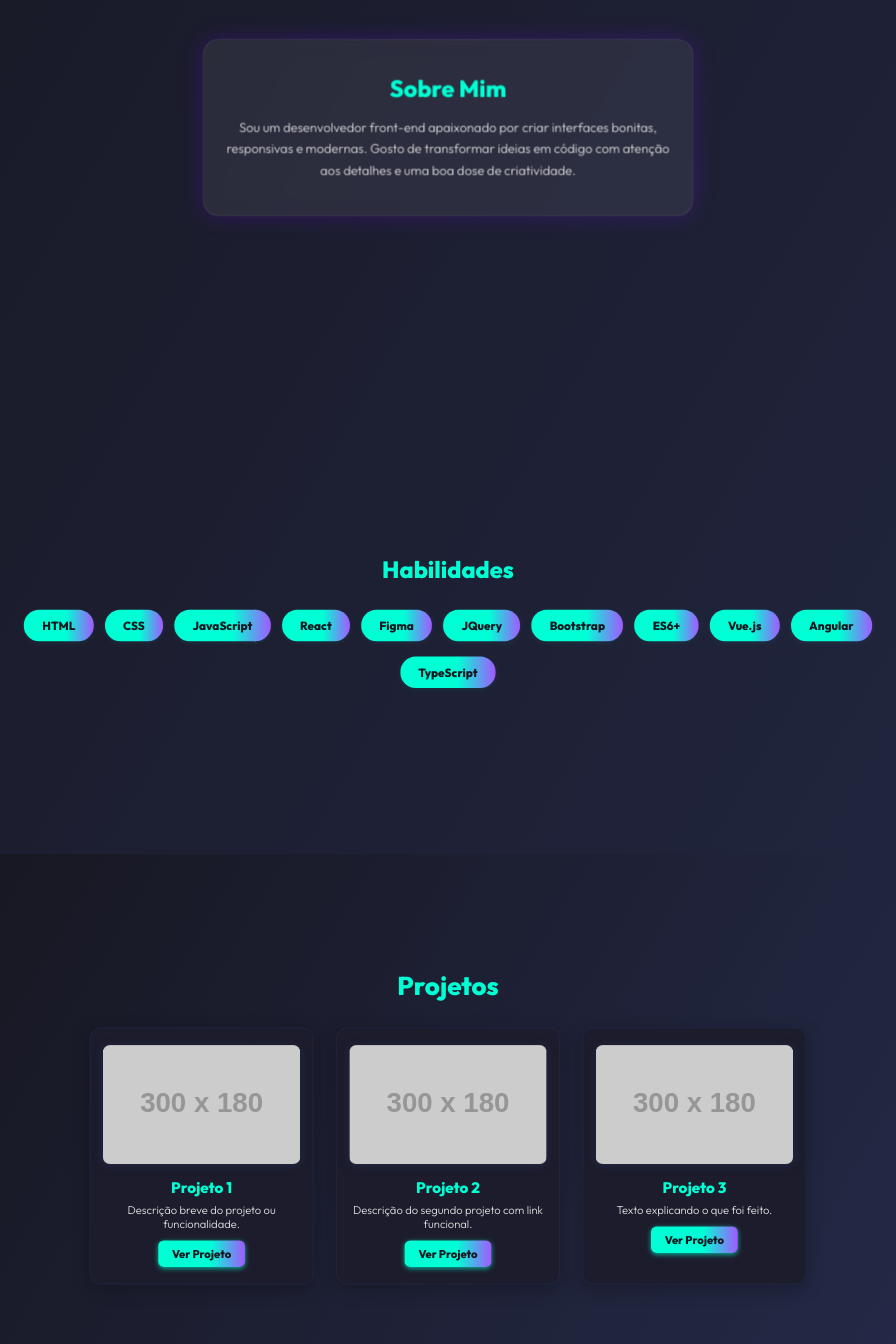
Repository: Wbyh7z/meu-portfolio
Page: src/index.html
The author's editor kept a copy of each file at every save. The page is drawn from the files as they stood at one save, then again after the next save.
The browser window is 1280 px wide. The pictures show the part of the page from y = 940 to 2860 px (the page is 3600 px tall), at 70% of full size.

Above is the page before, as saved 2025-08-11 00:10:38.

### src/index.html
<!DOCTYPE html>
<html lang="pt-br">
<head>
  <meta charset="UTF-8" />
  <meta name="viewport" content="width=device-width, initial-scale=1.0"/>
  <title>Portfólio - Freelancer Metzad</title>
  <link rel="stylesheet" href="style.css" />
  <link href="https://fonts.googleapis.com/css2?family=Outfit:wght@300;600;800&display=swap" rel="stylesheet">
</head>
<body>
  <nav class="navbar">
    <div class="menu-toggle" id="menu-toggle" aria-label="Abrir menu" tabindex="0">
      <span></span>
      <span></span>
      <span></span>
    </div>
    <ul id="nav-list">
      <li><a href="#inicio" class="active">Início</a></li>
      <li><a href="#sobre">Sobre Mim</a></li>
      <li><a href="#habilidades">Habilidades</a></li>
      <li><a href="#projetos">Projetos</a></li>
      <li><a href="#contato">Contato</a></li>
    </ul>
  </nav>

  <section id="inicio" class="inicio">
    <div class="container">
      <img src="../img/IMG_1729.JPG" alt="Minha Foto" class="foto" />
      <h1 class="nome">Weberty Marcilio</h1>
      <p class="profissao">Desenvolvedor Front-End</p>
    </div>
  </section>

  <section id="sobre" class="sobre">
  <div class="glass-box">
    <h2>Sobre Mim</h2>
    <p>
      Sou um desenvolvedor front-end apaixonado por criar interfaces bonitas, responsivas e modernas.
      Gosto de transformar ideias em código com atenção aos detalhes e uma boa dose de criatividade.
    </p>
  </div>
</section>


  <section id="habilidades" class="habilidades">
    <h2>Habilidades</h2>
    <div class="skills">
      <span>HTML</span>
      <span>CSS</span>
      <span>JavaScript</span>
      <span>React</span>
      <span>Figma</span>
      <span>JQuery</span>
      <span>Bootstrap</span>
      <span>ES6+</span>
      <span>Vue.js</span>
      <span>Angular</span>
      <span>TypeScript</span>
    </div>
  </section>

 <section id="projetos">
  <h2>Projetos</h2>
  <div class="projetos-container">
    <div class="projeto">
      <img src="https://via.placeholder.com/300x180" alt="Projeto 1">
      <h3>Projeto 1</h3>
      <p>Descrição breve do projeto ou funcionalidade.</p>
      <a href="#" target="_blank">Ver Projeto</a>
    </div>
    <div class="projeto">
      <img src="https://via.placeholder.com/300x180" alt="Projeto 2">
      <h3>Projeto 2</h3>
      <p>Descrição do segundo projeto com link funcional.</p>
      <a href="#" target="_blank">Ver Projeto</a>
    </div>
    <div class="projeto">
      <img src="https://via.placeholder.com/300x180" alt="Projeto 3">
      <h3>Projeto 3</h3>
      <p>Texto explicando o que foi feito.</p>
      <a href="#" target="_blank">Ver Projeto</a>
    </div>
  </div>
</section>
  <section id="contato" class="contato">
    <h2>Entre em Contato</h2>
    <form class="formulario-contato" onsubmit="EnviarWhatsApp(event)">
      <input type="text" id="nome" placeholder="Seu nome" required>
      <textarea id="mensagem" placeholder="O que deseja?" required></textarea>
      <button type="submit">Enviar via WhatsApp</button>
    </form>
  </section>
  <script>
    // Menu mobile
    const menuToggle = document.getElementById('menu-toggle');
    const navList = document.getElementById('nav-list');
    menuToggle.addEventListener('click', () => {
      navList.classList.toggle('open');
    });
    menuToggle.addEventListener('keypress', (e) => {
      if (e.key === 'Enter') navList.classList.toggle('open');
    });

    // Navbar ativo
    const links = document.querySelectorAll('.navbar a');
    links.forEach(link => {
      link.addEventListener('click', function() {
        links.forEach(l => l.classList.remove('active'));
        this.classList.add('active');
        if(window.innerWidth <= 768) navList.classList.remove('open');
      });
    });

    // WhatsApp
    function EnviarWhatsApp(event) {
      event.preventDefault();
      const nome = document.getElementById("nome").value;
      const mensagem = document.getElementById("mensagem").value;
      const telefone = "5563992388347";
      const texto = `Olá, meu nome é ${nome}, ${mensagem}`;
      const msgFormatada = encodeURIComponent(texto);
      const url = `https://wa.me/${telefone}?text=${msgFormatada}`;
      window.open(url, "_blank");
    }
  </script>
</body>
</html>

### src/style.css
* {
  margin: 0;
  padding: 0;
  box-sizing: border-box;
  font-family: 'Outfit', sans-serif;
}

body {
  min-height: 100vh;
  background: linear-gradient(120deg, #181823 0%, #232946 100%);
  color: #fff;
  scroll-behavior: smooth;
  position: relative;
  overflow-x: hidden;
}

/* ANIMAÇÃO DE FUNDO */
body::before {
  content: "";
  position: fixed;
  top: -100px;
  left: -100px;
  width: 120vw;
  height: 120vh;
  background: radial-gradient(circle at 20% 20%, #00ffd5 0%, transparent 60%),
              radial-gradient(circle at 80% 80%, #a259ff 0%, transparent 60%);
  opacity: 0.08;
  z-index: 0;
  pointer-events: none;
}

/* NAVBAR */
.navbar {
  position: fixed;
  top: 0;
  width: 100%;
  background: rgba(17, 17, 17, 0.95);
  display: flex;
  justify-content: center;
  z-index: 1000;
  box-shadow: 0 2px 16px rgba(0,0,0,0.4);
  transition: background 0.3s;
}

.navbar ul {
  display: flex;
  list-style: none;
  padding: 1rem 2rem;
  gap: 2.5rem;
}

.navbar a {
  color: #fff;
  text-decoration: none;
  font-weight: 600;
  font-size: 1.1rem;
  letter-spacing: 1px;
  padding: 8px 18px;
  border-radius: 8px;
  transition: color 0.3s, background 0.3s;
}

.navbar a:hover,
.navbar a.active {
  color: #181823;
  background: #00ffd5;
}

/* MENU HAMBURGUER MOBILE */
.menu-toggle {
  display: none;
  flex-direction: column;
  justify-content: center;
  cursor: pointer;
  margin-left: 1rem;
}

.menu-toggle span {
  width: 28px;
  height: 3px;
  background: #fff;
  margin: 4px 0;
  border-radius: 2px;
  transition: 0.4s;
}

/* SECTIONS */
section {
  padding: 120px 20px 60px 20px;
  min-height: 100vh;
  display: flex;
  flex-direction: column;
  justify-content: center;
  align-items: center;
  text-align: center;
  position: relative;
  z-index: 1;
}

/* INÍCIO */
.inicio .foto {
  width: 170px;
  height: 170px;
  border-radius: 50%;
  object-fit: cover;
  border: 6px solid #00ffd5;
  box-shadow: 0 0 40px #00ffd5, 0 0 0 10px #232946;
  animation: float 3s ease-in-out infinite;
  margin-bottom: 18px;
}

@keyframes float {
  0% { transform: translateY(0);}
  50% { transform: translateY(-12px);}
  100% { transform: translateY(0);}
}

.inicio .nome {
  margin-top: 10px;
  font-size: 2.7rem;
  font-weight: 800;
  letter-spacing: 1px;
  color: #00ffd5;
  text-shadow: 0 2px 12px #181823;
}

.inicio .profissao {
  color: #a259ff;
  font-size: 1.3rem;
  margin-top: 8px;
  font-weight: 600;
  letter-spacing: 1px;
}

/* SOBRE */
.sobre .glass-box {
  background: rgba(255, 255, 255, 0.07);
  backdrop-filter: blur(12px);
  border-radius: 22px;
  padding: 48px 32px;
  box-shadow: 0 0 32px rgba(128, 0, 255, 0.25);
  max-width: 700px;
  width: 95%;
  border: 1.5px solid rgba(255, 255, 255, 0.13);
  margin-top: 24px;
  transition: box-shadow 0.4s, transform 0.4s;
}

.sobre .glass-box:hover {
  box-shadow: 0 0 48px rgba(170, 0, 255, 0.5);
  transform: scale(1.015);
}

.sobre .glass-box h2 {
  color: #00ffd5;
  margin-bottom: 18px;
  font-size: 2.1rem;
}

.sobre .glass-box p {
  font-size: 1.15rem;
  line-height: 1.7;
  color: #e0e0e0;
}

/* HABILIDADES */
.habilidades h2 {
  color: #00ffd5;
  font-size: 2.1rem;
  margin-bottom: 18px;
}

.skills {
  display: flex;
  flex-wrap: wrap;
  justify-content: center;
  margin-top: 18px;
  gap: 1rem;
}

.skills span {
  background: linear-gradient(90deg, #00ffd5 60%, #a259ff 100%);
  color: #181823;
  padding: 12px 26px;
  border-radius: 22px;
  font-weight: bold;
  font-size: 1.05rem;
  box-shadow: 0 2px 8px rgba(0,255,213,0.08);
  margin-bottom: 6px;
  transition: transform 0.2s, box-shadow 0.2s;
}

.skills span:hover {
  transform: scale(1.08) rotate(-2deg);
  box-shadow: 0 4px 16px #00ffd5;
}

/* PROJETOS */
#projetos {
  background: linear-gradient(120deg, #181823 0%, #232946 100%);
  color: #fff;
  text-align: center;
}

#projetos h2 {
  font-size: 2.3rem;
  margin-bottom: 36px;
  color: #00ffd5;
}

.projetos-container {
  display: flex;
  flex-wrap: wrap;
  justify-content: center;
  gap: 32px;
}

.projeto {
  background: rgba(28, 28, 44, 0.98);
  border-radius: 16px;
  padding: 24px 18px;
  width: 320px;
  transition: transform 0.3s, box-shadow 0.3s;
  box-shadow: 0 6px 24px rgba(0,0,0,0.25);
  text-align: center;
  border: 1.5px solid #232946;
  position: relative;
  overflow: hidden;
}

.projeto:hover {
  transform: translateY(-8px) scale(1.04);
  box-shadow: 0 12px 32px #00ffd5aa;
  border-color: #00ffd5;
}

.projeto img {
  width: 100%;
  border-radius: 10px;
  margin-bottom: 15px;
  box-shadow: 0 2px 12px #232946;
}

.projeto h3 {
  font-size: 1.35rem;
  margin-bottom: 8px;
  color: #00ffd5;
}

.projeto p {
  font-size: 1rem;
  margin-bottom: 14px;
  color: #e0e0e0;
}

.projeto a {
  background: linear-gradient(90deg, #00ffd5 60%, #a259ff 100%);
  color: #181823;
  padding: 9px 20px;
  border-radius: 8px;
  text-decoration: none;
  font-weight: bold;
  font-size: 1rem;
  transition: background 0.3s, color 0.3s;
  box-shadow: 0 2px 8px #00ffd5aa;
  display: inline-block;
}

.projeto a:hover {
  background: #181823;
  color: #00ffd5;
  border: 1.5px solid #00ffd5;
}

/* CONTATO */
.contato h2 {
  color: #00ffd5;
  font-size: 2.1rem;
  margin-bottom: 18px;
}

.formulario-contato {
  display: flex;
  flex-direction: column;
  gap: 18px;
  width: 95%;
  max-width: 420px;
  margin: 0 auto;
  background: rgba(28, 28, 44, 0.98);
  padding: 32px 24px;
  border-radius: 18px;
  box-shadow: 0 4px 24px #232946;
  border: 1.5px solid #232946;
}

.formulario-contato input,
.formulario-contato textarea {
  padding: 12px;
  border: none;
  border-radius: 7px;
  font-size: 1.05rem;
  background: #232946;
  color: #fff;
  resize: none;
  outline: none;
  transition: box-shadow 0.2s, border 0.2s;
  border: 1.5px solid transparent;
}

.formulario-contato input:focus,
.formulario-contato textarea:focus {
  border: 1.5px solid #00ffd5;
  box-shadow: 0 0 8px #00ffd5;
}

.formulario-contato button {
  padding: 14px;
  background: linear-gradient(90deg, #00ffd5 60%, #a259ff 100%);
  border: none;
  border-radius: 7px;
  font-weight: bold;
  color: #181823;
  font-size: 1.1rem;
  cursor: pointer;
  transition: background 0.3s, color 0.3s;
  box-shadow: 0 2px 8px #00ffd5aa;
}

.formulario-contato button:hover {
  background: #181823;
  color: #00ffd5;
  border: 1.5px solid #00ffd5;
}

/* RESPONSIVO */
@media (max-width: 900px) {
  .projetos-container {
    flex-direction: column;
    align-items: center;
  }
  .projeto {
    width: 95%;
    max-width: 400px;
  }
}

@media (max-width: 768px) {
  .navbar ul {
    flex-direction: column;
    background: #111;
    position: absolute;
    top: 60px;
    left: 0;
    width: 100vw;
    display: none;
    z-index: 1001;
    padding: 1rem 0;
    gap: 1.5rem;
  }
  .navbar ul.open {
    display: flex;
  }
  .menu-toggle {
    display: flex;
    position: absolute;
    right: 24px;
    top: 18px;
    z-index: 1002;
  }
  section {
    padding-top: 100px;
  }
  .inicio .nome {
    font-size: 2rem;
  }
  .skills {
    flex-direction: column;
  }
}

@media (max-width: 500px) {
  .inicio .foto {
    width: 120px;
    height: 120px;
  }
  .projeto {
    padding: 14px 6px;
  }
  .formulario-contato {
    padding: 18px 6px;
  }
}

After the next save:
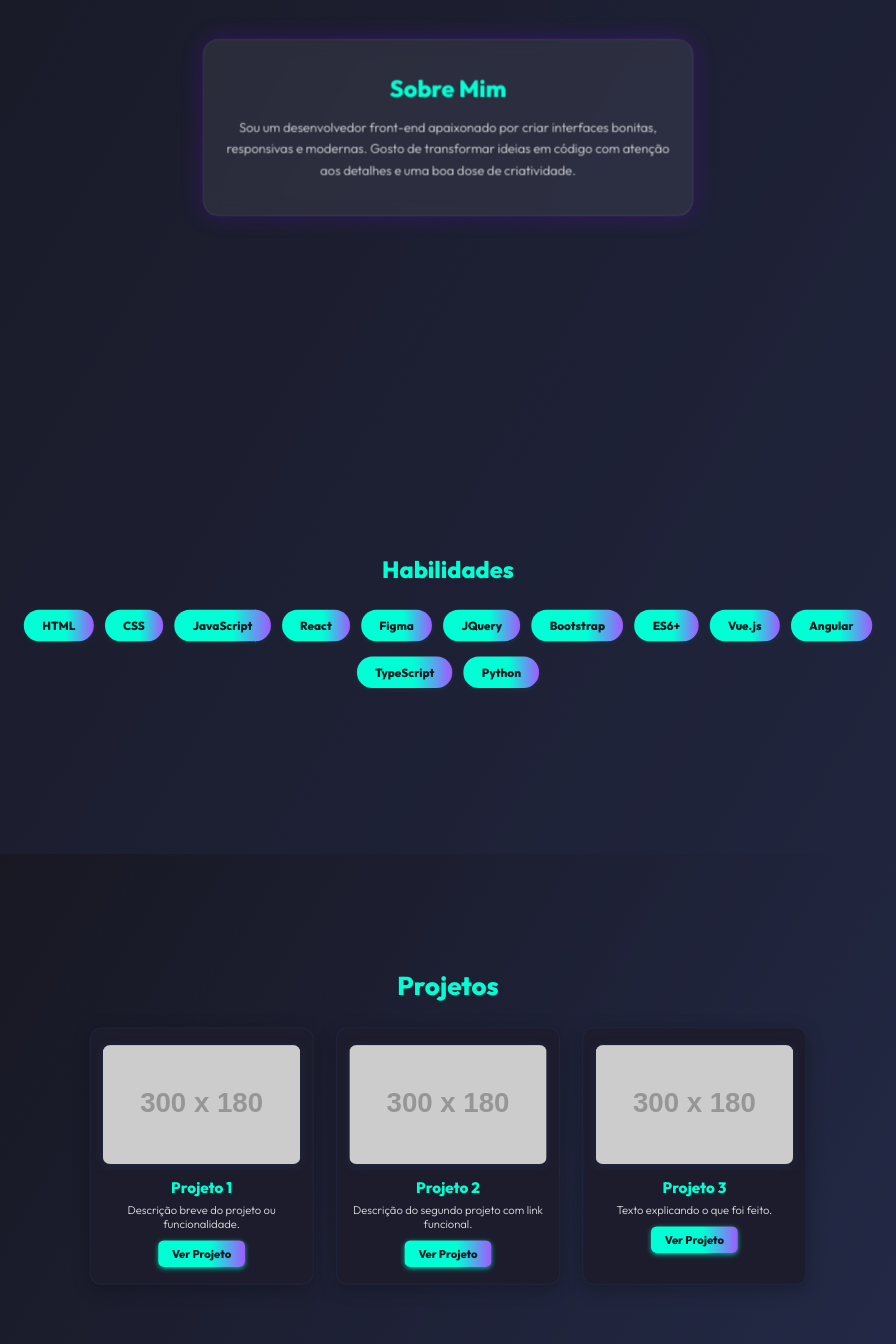
Saved 88 s later.
--- a/src/index.html
+++ b/src/index.html
@@ -56,6 +56,7 @@
       <span>Vue.js</span>
       <span>Angular</span>
       <span>TypeScript</span>
+      <span>Python</span>
     </div>
   </section>
 
